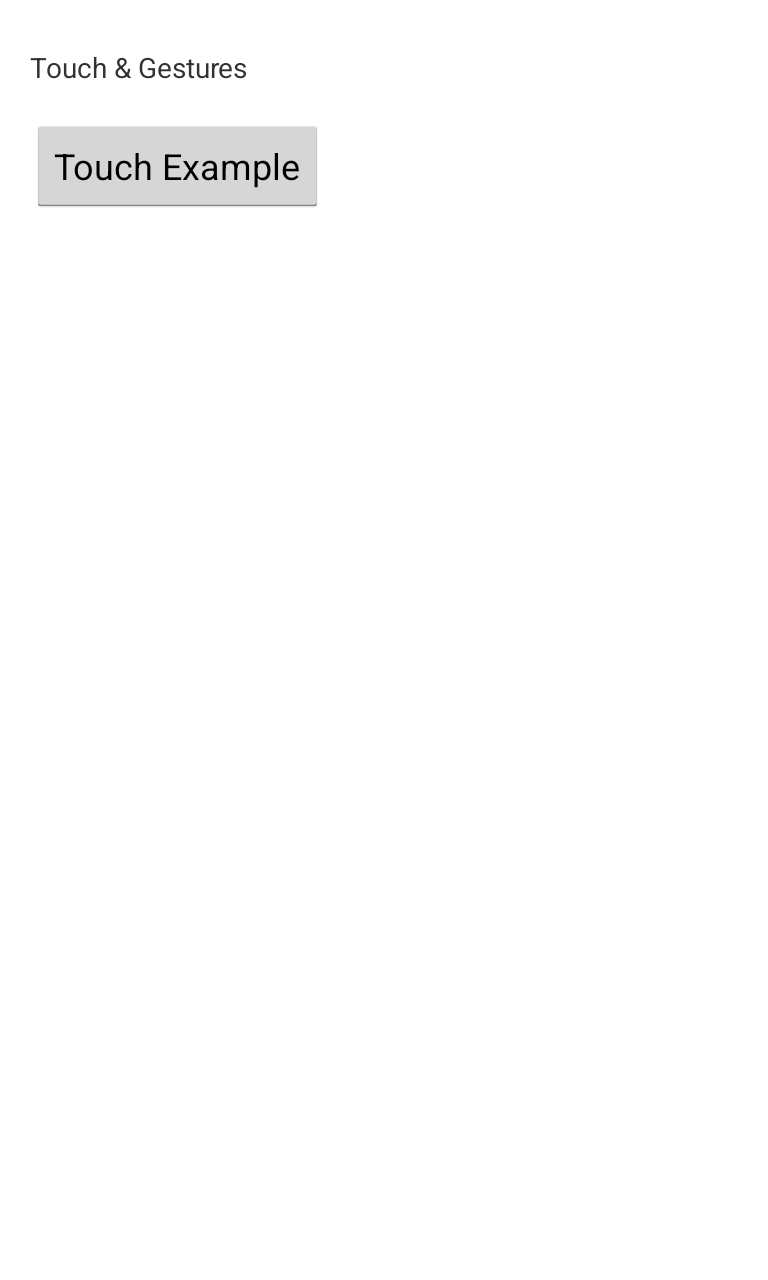
Repository: Amir13/Android_Basic_Steps
Layout: ViewElements5/res/layout/touch_gestures.xml
The author's editor kept a copy of each file at every save. The layout is drawn from the files as they stood at one save, then again after the next save.
It is drawn on a 768 x 1280 px phone screen (xhdpi) without system bars, with theme AppTheme; the app's code is not run.

Above is the layout before, as saved 2014-06-14 15:13:48.

After the next save:
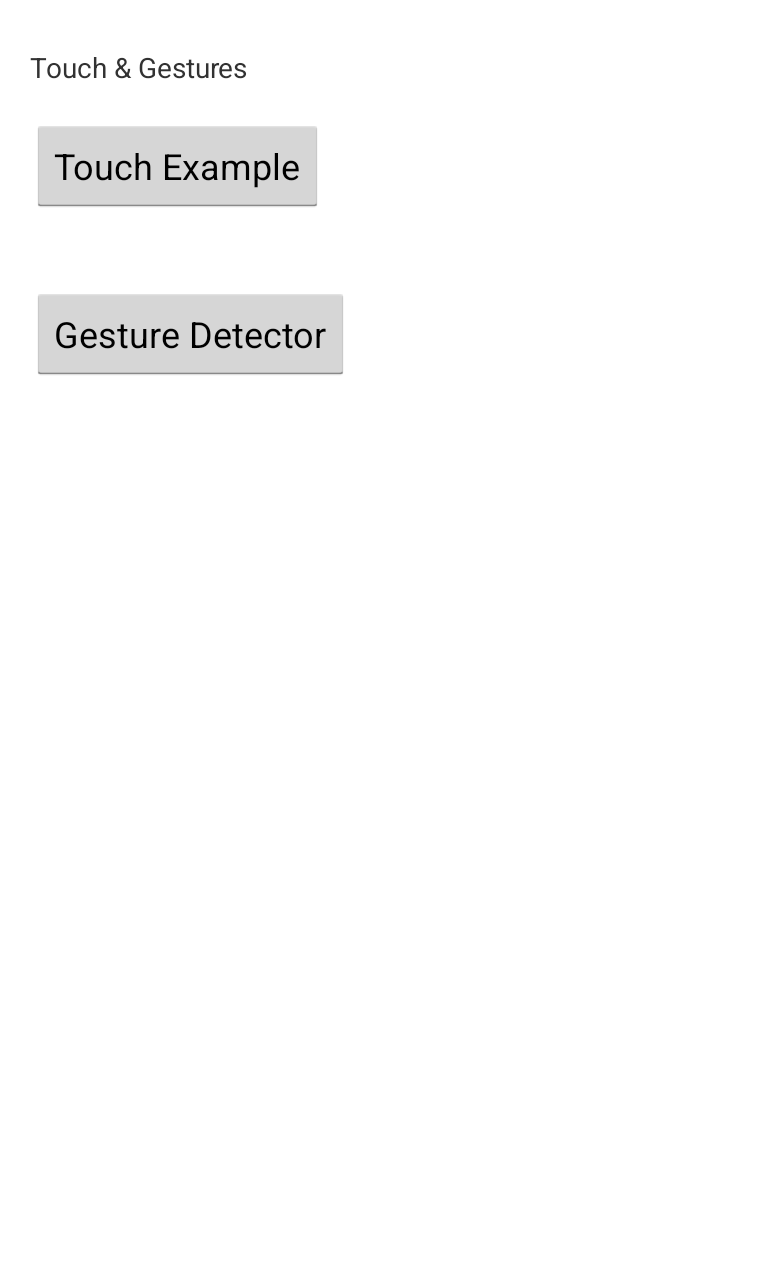
Saved 108 min 46 s later.
--- a/ViewElements5/res/layout/touch_gestures.xml
+++ b/ViewElements5/res/layout/touch_gestures.xml
@@ -23,4 +23,13 @@
         android:layout_marginTop="16dp"
         android:text="Touch Example" />
 
+    <Button
+        android:id="@+id/btnGesture"
+        android:layout_width="wrap_content"
+        android:layout_height="wrap_content"
+        android:layout_alignLeft="@+id/btnTouch"
+        android:layout_below="@+id/btnTouch"
+        android:layout_marginTop="36dp"
+        android:text="Gesture Detector" />
+
 </RelativeLayout>
